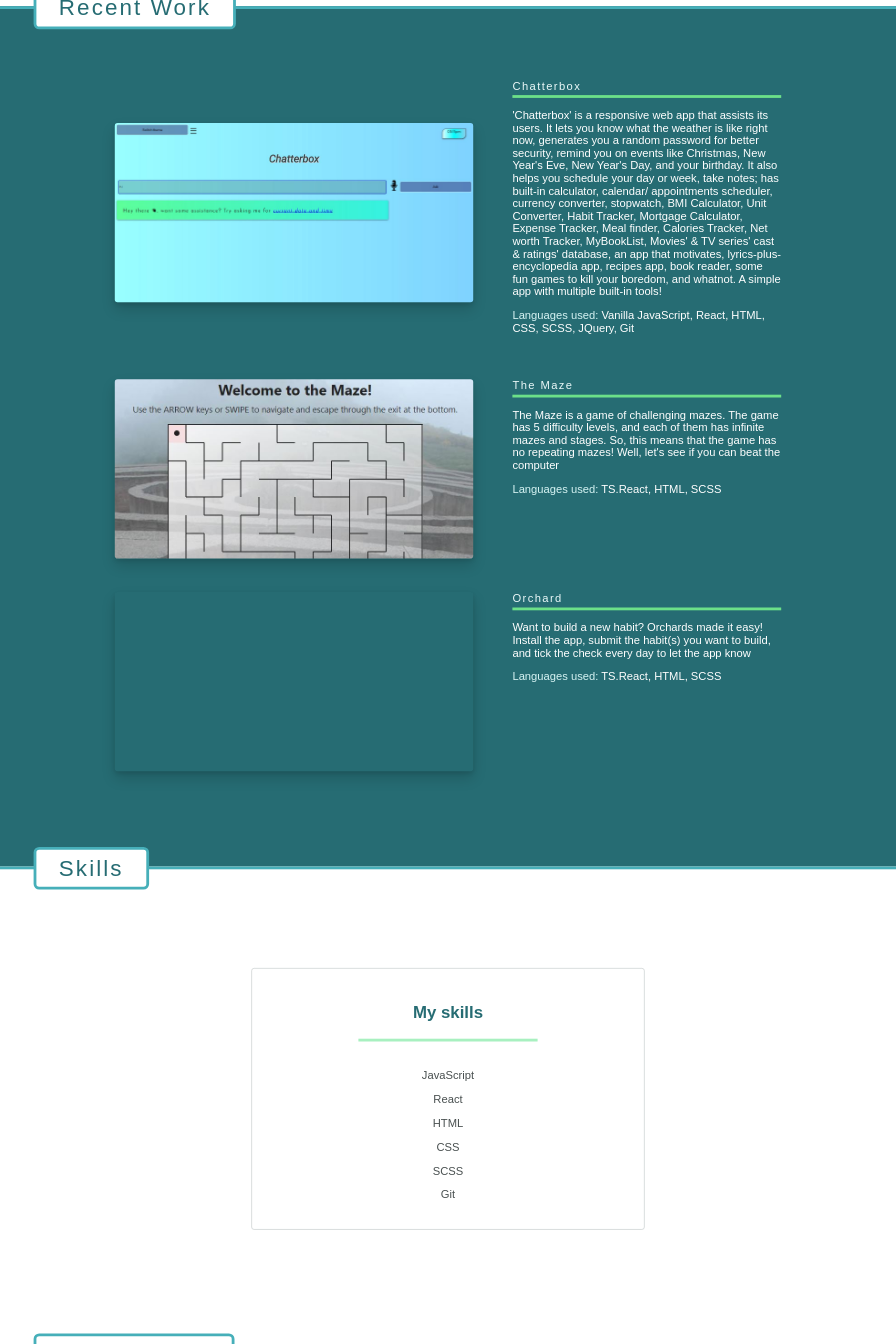
Repository: Abbaskhurram255/port
Page: /
An editor plug-in stored every save of this project. The page is shown before and after the next save, followed by the edit.
The browser window is 1280 px wide. The pictures show the part of the page from y = 857 to 2777 px (the page is 3086 px tall), at 70% of full size.
The page's requests for data from a server got no answer. Some web fonts or font styles are not loaded; a fallback is used. Some web libraries are served in a nearby version. The project was rebuilt for these pictures with package versions that can differ from the ones it lists, and the page was loaded fresh each time. No one was signed in, and anything a server would have sent is missing.

Above is the page before, as saved 2021-01-01 23:02:49.

After the next save:
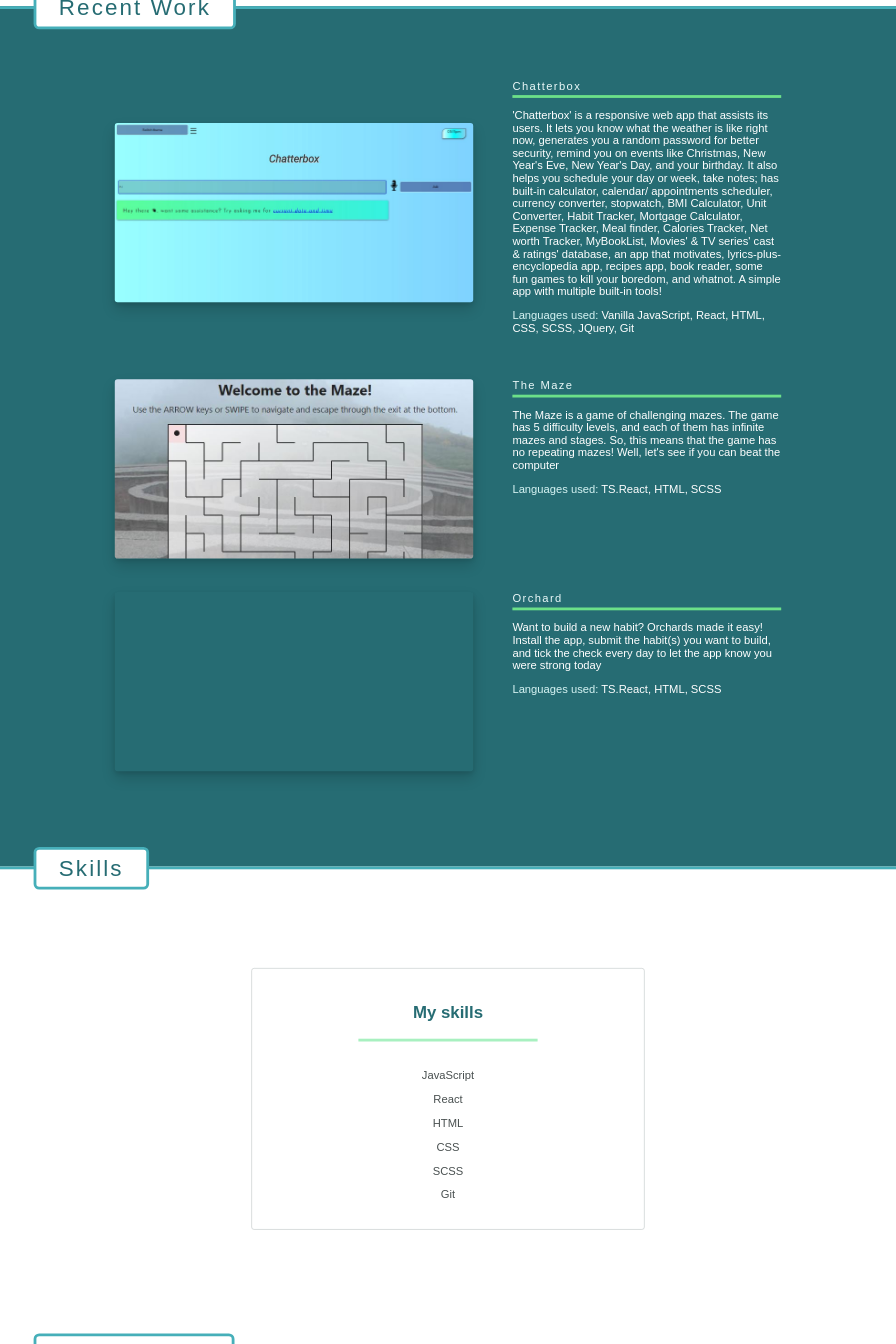
Saved 13 s later.
--- a/src/utils/data.ts
+++ b/src/utils/data.ts
@@ -32,7 +32,7 @@
   },
   {
     description:
-      "Want to build a new habit? Orchards made it easy! Install the app, submit the habit(s) you want to build, and tick the check every day to let the app know ",
+      "Want to build a new habit? Orchards made it easy! Install the app, submit the habit(s) you want to build, and tick the check every day to let the app know you were strong today",
     image: "orchard",
     name: "Orchard",
     androidVLink: "https://github.com/Abbaskhurram255/habit-builder/raw/main/android/orchard.apk?raw=true",
